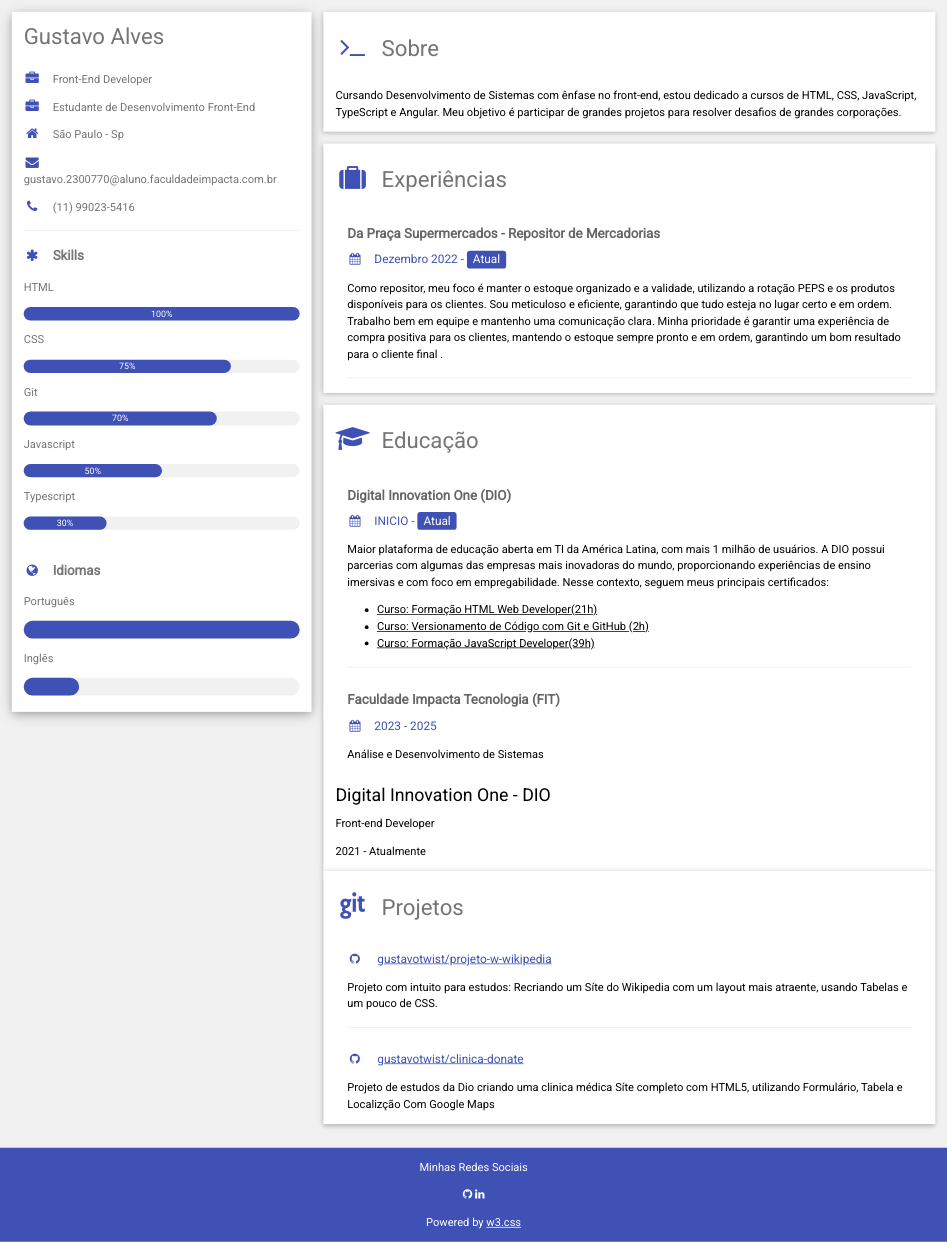
Repository: gustavotwist/cv
Page: index.html
The author's editor kept a copy of each file at every save. The page is drawn from the files as they stood at one save, then again after the next save.
The browser window is 1280 px wide. The pictures show the whole page, at 74% of full size.

Above is the page before, as saved 2024-06-19 22:06:22.

### index.html
<!DOCTYPE html>
<!-- @falvojr: Reference article https://www.w3schools.com/howto/howto_website_create_resume.asp -->
<!-- @falvojr: Useful link to use fontawesome (fa) icons: https://fontawesome.com/v4/icons/ -->
<html lang="pt-BR">

  <head>
    <title>Gustavo Alves</title>

    <meta http-equiv="Content-Type" content="text/html; charset=UTF-8">
    <meta name="viewport" content="width=device-width, initial-scale=1">

    <link rel="stylesheet" href="https://www.w3schools.com/w3css/4/w3.css">
    <link rel='stylesheet' href='https://fonts.googleapis.com/css?family=Roboto'>
    <link rel="stylesheet" href="https://cdnjs.cloudflare.com/ajax/libs/font-awesome/4.7.0/css/font-awesome.min.css">

    <style>
      html,body,h1,h2,h3,h4,h5,h6 {font-family: "Roboto", sans-serif}
    </style>

  </head>

  <body class="w3-light-grey" cz-shortcut-listen="true">

    <!-- Page Container -->
    <div class="w3-content w3-margin-top" style="max-width:1400px;">

      <!-- The Grid -->
      <div class="w3-row-padding">

        <!-- Left Column -->
        <div class="w3-third">

          <div class="w3-white w3-text-grey w3-card-4">
            <!-- @falvojr: This container has been modified to not use a profile picture. -->
            <div class="w3-container">
              <h2>Gustavo Alves</h2>
            </div>
            <div class="w3-container">
              <p><i class="fa fa-briefcase fa-fw w3-margin-right w3-large w3-text-indigo"></i>Front-End Developer</p>
              <p><i class="fa fa-briefcase fa-fw w3-margin-right w3-large w3-text-indigo"></i>Estudante de Desenvolvimento Front-End</p>
              <p><i class="fa fa-home fa-fw w3-margin-right w3-large w3-text-indigo"></i>São Paulo - Sp</p>
              <p><i class="fa fa-envelope fa-fw w3-margin-right w3-large w3-text-indigo"></i>gustavo.2300770@aluno.faculdadeimpacta.com.br</p>
              <p><i class="fa fa-phone fa-fw w3-margin-right w3-large w3-text-indigo"></i>(11) 99023-5416</p>
              <hr>

              <p class="w3-large">
                <b><i class="fa fa-asterisk fa-fw w3-margin-right w3-text-indigo"></i>Skills</b>
              </p>
              <p>HTML</p>
              <div class="w3-light-grey w3-round-xlarge w3-small">
                <div class="w3-container w3-center w3-round-xlarge w3-indigo" style="width:100%">100%</div>
              </div>
              <p>CSS</p>
              <div class="w3-light-grey w3-round-xlarge w3-small">
                <div class="w3-container w3-center w3-round-xlarge w3-indigo" style="width:75%">75%</div>
              </div>
              <p>Git</p>
              <div class="w3-light-grey w3-round-xlarge w3-small">
                <div class="w3-container w3-center w3-round-xlarge w3-indigo" style="width:70%">70%</div>
              </div>
              <p>Javascript</p>
              <div class="w3-light-grey w3-round-xlarge w3-small">
                <div class="w3-container w3-center w3-round-xlarge w3-indigo" style="width:50%">50%</div>
              </div>
              <p>Typescript</p>
              <div class="w3-light-grey w3-round-xlarge w3-small">
                <div class="w3-container w3-center w3-round-xlarge w3-indigo" style="width:30%">30%</div>
              </div>
              <br>
              <p class="w3-large w3-text-theme">
                <b><i class="fa fa-globe fa-fw w3-margin-right w3-text-indigo"></i>Idiomas</b>
              </p>
              <p>Português</p>
              <div class="w3-light-grey w3-round-xlarge">
                <div class="w3-round-xlarge w3-indigo" style="height:24px;width:100%"></div>
              </div>
              <p>Inglês</p>
              <div class="w3-light-grey w3-round-xlarge">
                <div class="w3-round-xlarge w3-indigo" style="height:24px;width:20%"></div>
              </div>
              <br>
            </div>
          </div><br>

          <!-- End Left Column -->
        </div>

        <!-- Right Column -->
        <div class="w3-twothird">

          <div class="w3-container w3-card w3-white w3-margin-bottom">
            <h2 class="w3-text-grey w3-padding-16"><i class="fa fa-terminal fa-fw w3-margin-right w3-xxlarge w3-text-indigo"></i>Sobre</h2>
            <p>Cursando Desenvolvimento de Sistemas com ênfase no front-end, estou dedicado a cursos de HTML, CSS, JavaScript, TypeScript e Angular. Meu objetivo é participar de grandes projetos para resolver desafios de grandes corporações.</p>
          </div>

          <div class="w3-container w3-card w3-white w3-margin-bottom">
            <h2 class="w3-text-grey w3-padding-16">
              <i class="fa fa-suitcase fa-fw w3-margin-right w3-xxlarge w3-text-indigo"></i>Experiências
            </h2>
            <div class="w3-container">
              <h5 class="w3-opacity"><b>Da Praça Supermercados - Repositor de Mercadorias</b></h5>
              <h6 class="w3-text-indigo"><i class="fa fa-calendar fa-fw w3-margin-right"></i>Dezembro 2022 - <span class="w3-tag w3-indigo w3-round">Atual</span></h6>
              <p>Como repositor, meu foco é manter o estoque organizado e a validade, utilizando a rotação PEPS e os produtos disponíveis para os clientes. Sou meticuloso e eficiente, garantindo que tudo esteja no lugar certo e em ordem. Trabalho bem em equipe e mantenho uma comunicação clara. Minha prioridade é garantir uma experiência de compra positiva para os clientes, mantendo o estoque sempre pronto e em ordem, garantindo um bom resultado para o cliente final .</p>
              <hr>
            </div>
          </div>

          <div class="w3-container w3-card w3-white">
            <h2 class="w3-text-grey w3-padding-16">
              <i class="fa fa-graduation-cap fa-fw w3-margin-right w3-xxlarge w3-text-indigo"></i>Educação
            </h2>
            <div class="w3-container">
              <h5 class="w3-opacity"><b>Digital Innovation One (DIO)</b></h5>
              <h6 class="w3-text-indigo"><i class="fa fa-calendar fa-fw w3-margin-right"></i>INICIO - <span class="w3-tag w3-indigo w3-round">Atual</span></h6>
              <p>
                Maior plataforma de educação aberta em TI da América Latina, com mais 1 milhão de usuários.
                A DIO possui parcerias com algumas das empresas mais inovadoras do mundo, proporcionando experiências
                de ensino imersivas e com foco em empregabilidade. Nesse contexto, seguem meus principais certificados:
              </p>
              <ul>
                <li><a href="https://www.dio.me/certificate/VDSNYTO5" target="_blank">Curso: Formação HTML Web Developer(21h)</a></li>
                <li><a href="https://www.dio.me/certificate/EA66CA6A" target="_blank">Curso: Versionamento de Código com Git e GitHub (2h)</a></li>
                <li><a href="https://www.dio.me/certificate/OST0WIWG" target="_blank">Curso: Formação JavaScript Developer(39h)</a></li>
              </ul>
              <hr>
            </div>
            <div class="w3-container">
              <h5 class="w3-opacity"><b>Faculdade Impacta Tecnologia (FIT)</b></h5>
              <h6 class="w3-text-indigo"><i class="fa fa-calendar fa-fw w3-margin-right"></i>2023 - 2025</h6>
              <p>Análise e Desenvolvimento de Sistemas</p>
            </div>
            <div>
              <h3 class="title school">Digital Innovation One - DIO</h3>
              <span>Front-end Developer</span>
              <p class="period">2021 - Atualmente</p>
            </div>
          </div>

          <div class="w3-container w3-card w3-white w3-margin-bottom">
            <h2 class="w3-text-grey w3-padding-16">
              <i class="fa fa-git fa-fw w3-margin-right w3-xxlarge w3-text-indigo"></i>Projetos
            </h2>
            <div class="w3-container">
              <h6 class="w3-text-indigo">
                <i class="fa fa-github fa-fw w3-margin-right"></i>
                <a href="https://github.com/gustavotwist/projeto-w-wikipedia" target="_blank">gustavotwist/projeto-w-wikipedia</a>
              </h6>
              <p>Projeto com intuito para estudos: Recriando um Síte do Wikipedia com um layout mais atraente, usando Tabelas e um pouco de CSS.</p>
              <hr>
            </div>
            <div class="w3-container">
              <h6 class="w3-text-indigo">
                <i class="fa fa-github fa-fw w3-margin-right"></i>
                <a href="https://github.com/gustavotwist/clinica-donate" target="_blank">gustavotwist/clinica-donate</a>
              </h6>
              <p>Projeto de estudos da Dio criando uma clinica médica Síte completo com HTML5, utilizando Formulário, Tabela e Localizção Com Google Maps</p>
            </div>
          </div>

          <!-- End Right Column -->
        </div>

        <!-- End Grid -->
      </div>

      <!-- End Page Container -->
    </div>

    <footer class="w3-container w3-indigo w3-center w3-margin-top">
      <p>Minhas Redes Sociais</p>
      <a href="https://github.com/gustavotwist" target="_blank"><i class="fa fa-github w3-hover-opacity"></i></a>
      <a href="https://www.linkedin.com/in/gustavoalves7/" target="_blank"><i class="fa fa-linkedin w3-hover-opacity"></i></a>
      <p>Powered by <a href="https://www.w3schools.com/w3css/default.asp" target="_blank">w3.css</a></p>
    </footer>

  </body>

</html>

After the next save:
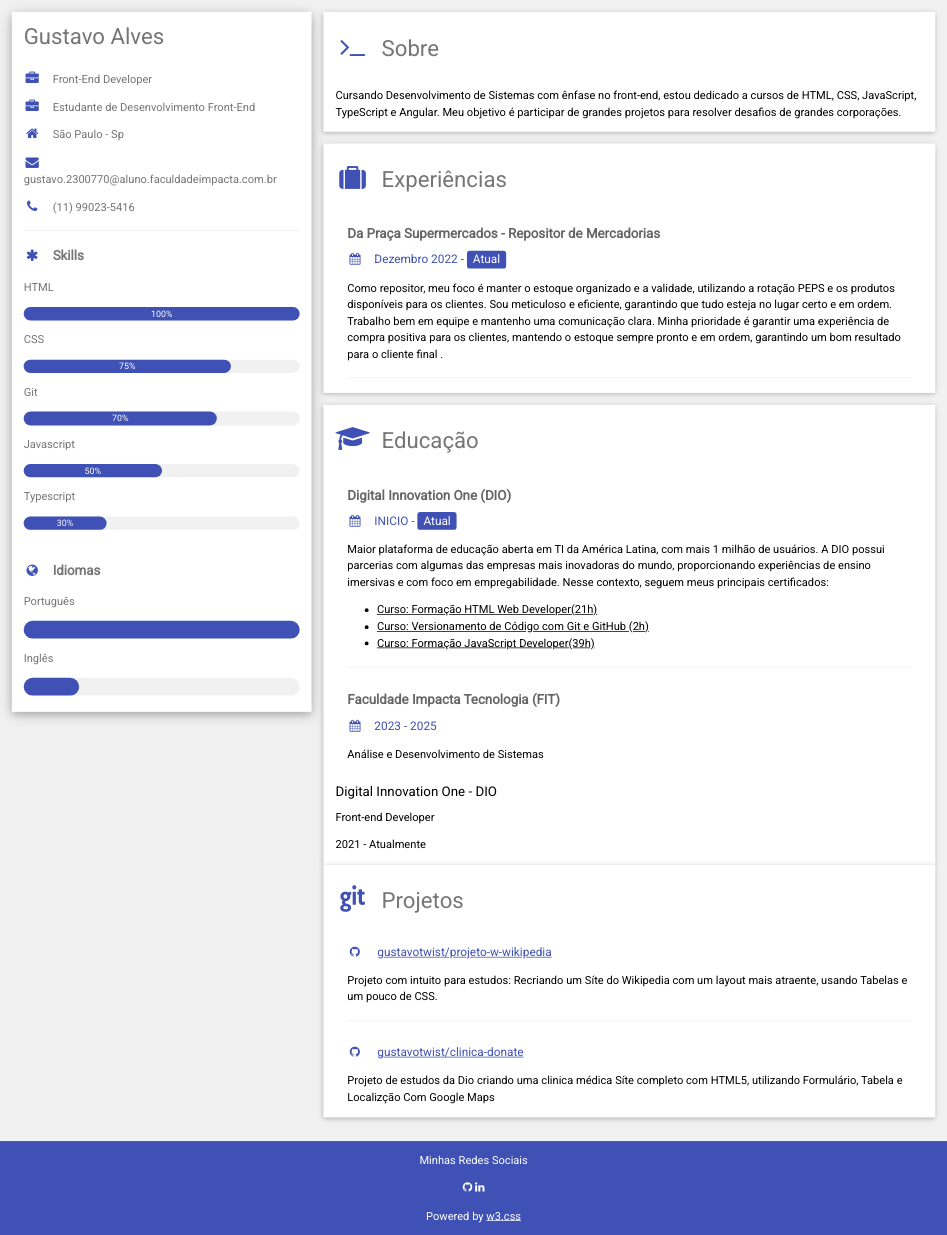
Saved 12 s later.
--- a/index.html
+++ b/index.html
@@ -130,7 +130,7 @@
               <p>Análise e Desenvolvimento de Sistemas</p>
             </div>
             <div>
-              <h3 class="title school">Digital Innovation One - DIO</h3>
+              <h5 class="title school">Digital Innovation One - DIO</h5>
               <span>Front-end Developer</span>
               <p class="period">2021 - Atualmente</p>
             </div>
